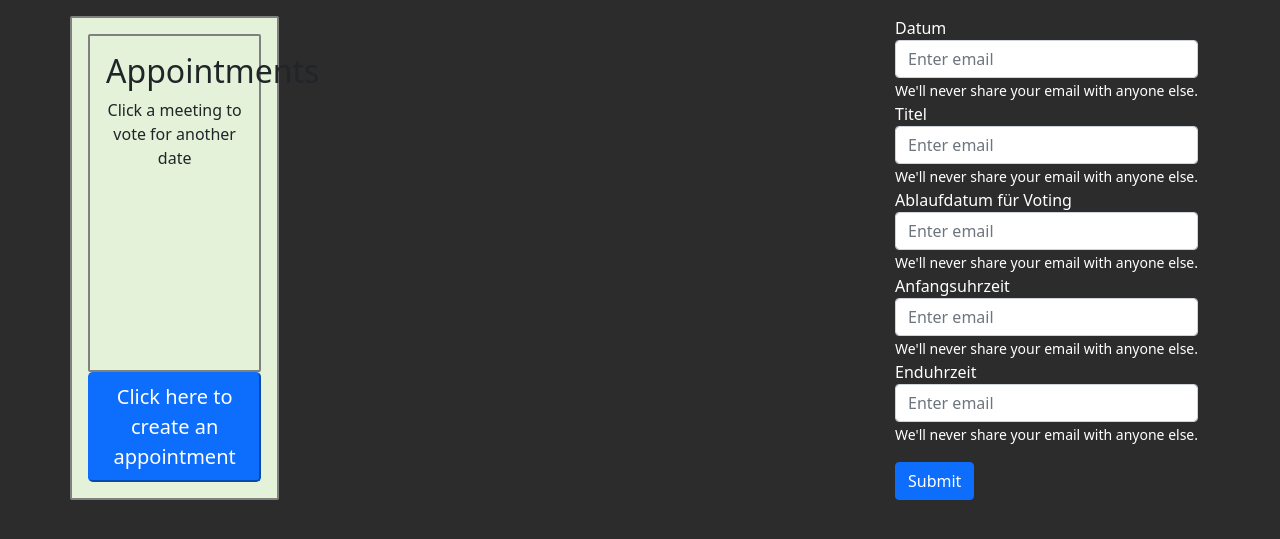
Repository: wlichon/Semesterprojekt
Page: index.html
The author's editor kept a copy of each file at every save. The page is drawn from the files as they stood at one save, then again after the next save.
The browser window is 1280 px wide. The pictures show the whole page.
The page's requests for data from a server got no answer. Some web libraries are served in a nearby version.

Above is the page before, as saved 2022-04-22 20:46:24.

### index.html
<!DOCTYPE html>
<html lang="en">
<head>
    <link href="https://cdn.jsdelivr.net/npm/bootstrap@5.1.3/dist/css/bootstrap.min.css" rel="stylesheet" integrity="sha384-1BmE4kWBq78iYhFldvKuhfTAU6auU8tT94WrHftjDbrCEXSU1oBoqyl2QvZ6jIW3" crossorigin="anonymous">
    <link rel="stylesheet" href="https://cdn.jsdelivr.net/npm/bootstrap-icons@1.8.1/font/bootstrap-icons.css">
    <script
    src="https://code.jquery.com/jquery-3.6.0.min.js"
    integrity="sha256-/xUj+3OJU5yExlq6GSYGSHk7tPXikynS7ogEvDej/m4="
    crossorigin="anonymous"></script>
    <script src="https://cdnjs.cloudflare.com/ajax/libs/jqueryui/1.12.1/jquery-ui.min.js" integrity="sha512-uto9mlQzrs59VwILcLiRYeLKPPbS/bT71da/OEBYEwcdNUk8jYIy+D176RYoop1Da+f9mvkYrmj5MCLZWEtQuA==" crossorigin="anonymous" referrerpolicy="no-referrer"></script>
    <meta charset="UTF-8">
    <meta http-equiv="X-UA-Compatible" content="IE=edge">
    <meta name="viewport" content="width=device-width, initial-scale=1.0">
    <link rel="stylesheet" href="frontend/css/mystyle.css">
    <script src="frontend/script/script.js" defer></script>
    <title>Appointment Finder</title>
</head>
<body class="d-flex justify-content-center">
    <div class="container m-3 d-flex justify-content-center">
        <div class="events row flex-grow-1" id="events">
            <div class="col-md-3 d-flex justify-content-between" style="flex-direction: column">

                <div class="col">
                    <h2 class="align-self-center">Appointments</h2>
                    <p class="">Click a meeting to vote for another date</p>
                </div>
                <button class = "btn-primary btn-lg" id = "createappointment"> Click here to create an appointment</button>


                </div>
             </div>

            <div class="appointments row flex-grow-1" id="appointments">
                <div class="col-md d-flex justify-content-between" style="flex-direction: column">
                    <div class="row h-80">
                        <div class="col">
                           <h2 class="align-self-center">Options</h2>
                        </div>
                    </div>
                    <div class="row inputs h-20 align-self-bottom">
                        <div class="col-md">
                            <i class="bi bi-person-circle m-1"></i><input type="text" placeholder="Name">
                        </div>
                    </div>

                </div>




                <!--
                    <div id = "appointment"
                <div class="col-md">
                    <div class="row h-80">
                        <div class="col wrapper">
                            <h4>Dez</h4>
                            <h3>23</h3>
                            <p>Mi</p>
                            <p>11:40</p>
                            <p>13:00</p>
                        </div>
                    </div>
                    <div class="row inputs h-20">
                        <div class="col-md"><input class="form-check-input" type="checkbox" value=""></div>
                    </div>


                </div>
                <div class="btn btn-primary col-auto p-1" id="lslide">
                    <i class="bi bi-chevron-left"></i>
                </div>

                <div class="row mt-5 comment">
                    <div class="input-group input-group-lg">
                        <span class="input-group-text" id="inputGroup-sizing-lg">Comment</span>
                        <input type="text" class="form-control" aria-label="Sizing example input" aria-describedby="inputGroup-sizing-lg">
                        <button class="btn btn-outline-secondary bg-primary text-white" type="button" id="submit">Submit</button>
                    </div>
                </div>
            -->
        </div>
        <form id = "createappointmentform">
            <!-- Appointment ($date,$title,$votingExpirationDate,$begin,$end,$optionIDs)3222 -->
            <div class="form-group">
              <label for="exampleInputEmail1" class ="text-white">Datum</label>
              <input type="email" class="form-control" id="exampleInputEmail1" aria-describedby="emailHelp" placeholder="Enter email">
              <small id="emailHelp" class="form-text text-white">We'll never share your email with anyone else.</small>
            </div>
            <div class="form-group">
                <label for="exampleInputEmail1" class ="text-white">Titel</label>
                <input type="email" class="form-control" id="exampleInputEmail1" aria-describedby="emailHelp" placeholder="Enter email">
                <small id="emailHelp" class="form-text text-white">We'll never share your email with anyone else.</small>
            </div>
              <div class="form-group">
                <label for="exampleInputEmail1" class ="text-white">Ablaufdatum für Voting</label>
                <input type="email" class="form-control" id="exampleInputEmail1" aria-describedby="emailHelp" placeholder="Enter email">
                <small id="emailHelp" class="form-text text-white">We'll never share your email with anyone else.</small>
            </div>
              <div class="form-group">
                <label for="exampleInputEmail1" class ="text-white">Anfangsuhrzeit</label>
                <input type="email" class="form-control" id="exampleInputEmail1" aria-describedby="emailHelp" placeholder="Enter email">
                <small id="emailHelp" class="form-text text-white">We'll never share your email with anyone else.</small>
            </div>
              <div class="form-group">
                <label for="exampleInputEmail1" class ="text-white">Enduhrzeit</label>
                <input type="email" class="form-control" id="exampleInputEmail1" aria-describedby="emailHelp" placeholder="Enter email">
                <small id="emailHelp" class="form-text text-white">We'll never share your email with anyone else.</small>
            </div>
            <button type="submit" class="btn btn-primary mt-3">Submit</button>
          </form>

            </div>


    <script src="https://cdn.jsdelivr.net/npm/bootstrap@5.1.3/dist/js/bootstrap.bundle.min.js" integrity="sha384-ka7Sk0Gln4gmtz2MlQnikT1wXgYsOg+OMhuP+IlRH9sENBO0LRn5q+8nbTov4+1p" crossorigin="anonymous"></script>
</body>
</html>

### frontend/css/mystyle.css
[class*="col"]{
    text-align:center;
    border: 2px solid grey;
    padding: 1rem;
    border-radius: 2px;
    background-color:rgb(228, 242, 217);
}

.bi-person-circle{
    font-size: 1.5rem;
}

.inputs > div{
    background-color: rgb(89, 209, 61);
}

body{
    background-color:rgb(45, 44, 44);
}

.wrapper{
    border-radius: 5px;
    border: none;
    background-color: lightcyan;
}

.container{
    border-radius: 5px;
}

#lslide{
    background-color:blue;
    border-radius:10px;
}

.event{
    cursor: pointer;
}

.event:hover{
    background-color:blue;
}

.noevent:hover{
    pointer-events: none;
}

### frontend/script/script.js
"use strict";
var months = ["Jan", "Feb", "Mar", "Apr", "May", "Jun", "Jul", "Aug", "Sep", "Oct", "Nov", "Dec"];
var days = ["Mon", "Tue", "Wed", "Thu", "Fri", "Sat", "Sun"];
var slidebutton = "<div class='btn btn-primary col-auto p-1' id='lslide'><i class='bi bi-chevron-left'></i></div>";
var commentbar = "<div class='row mt-5 comment'><div class='input-group input-group-lg'><span class='input-group-text' id='inputGroup-sizing-lg'>Comment</span><input type='text' class='form-control' aria-label='Sizing example input' aria-describedby='inputGroup-sizing-lg'><button class='btn btn-outline-secondary bg-primary text-white' type='button' id='submit'>Submit</button></div></div>";
$(function () {
    $("#appointments").hide();
    $("#events").hide();
    $.ajax({
        type: "GET",
        url: "backend/serviceHandler.php",
        cache: false,
        data: { function: "loadAppointments" },
        dataType: "json",
        success: function (response) {
            // bei sucess liefert loadAppointments ein Array mit den ganzen Appointments in dem Format:
            //  Appointment("25-06-2027", "Meeting4", "22-05-2025 19:30:00", "18:00", "18:30", [2, 3]) also:
            // Appointment("Tag-Monat-Jahr", "MeetingNummer", "ExpirationDate", "UhrzeitBeginn", "Uhrzeitende", "OptionsID");
            // Appointment ($date,$title,$votingExpirationDate,$begin,$end,$optionIDs)3222
            console.log("success");
            $.each(response, function (i, val) {
                var counter = 1;
                var date = new Date(val["date"]["date"]);
                var month = months[date.getMonth()];
                var day = days[date.getDay()];
                var dayOfMonth = date.getDate();
                var year = date.getFullYear();
                var expiration = val["votingExpirationDate"]["date"].substr(0, 19);
                var begin = val["begin"]["date"].substr(11).substr(0, 8);
                var end = val["end"]["date"].substr(11).substr(0, 8);
                var id = val["optionIDs"];
                $("#events").append("<div class='col-md-2 event' id =" + counter + " + data=" + id + ">" +
                    "<div class='col wrapper'>" +
                    "<h2>" + val["title"] + "</h2>" +
                    "<h4>" + month + "</h4>" +
                    "<h3>" + dayOfMonth + "</h3>" +
                    "<p>" + day + "</p>" +
                    "<p>Begins: " + begin + "</p>" +
                    "<p>Ends: " + end + "</p>" +
                    "<h6><p>Voting ends:</p>" +
                    "<p>" + expiration + "</p></h6>" +
                    "</div> </div>");
                var isexpired = new Date(expiration);
                var today = new Date();
                if (isexpired <= today) {
                    $("#" + counter).append("<h5 class = 'mt-3' > abgelaufen! </h5>");
                    $("#" + counter).attr("class", "col-md-2 noevent");
                }
                counter++;
            });
        },
        complete: function () {
            $(".event").on('click', function (e) {
                var self = e.currentTarget; // Element was das Klick getriggert hat
                $("#events").hide("slide", { direction: "left" }, 1000, function () {
                    console.log(self);
                    var optionIDs_string = self.getAttribute("data");
                    var optionIDs = Array.from(optionIDs_string.split(","));
                    console.log(optionIDs);
                    $.ajax({
                        type: "GET",
                        url: "backend/serviceHandler.php",
                        cache: false,
                        data: { function: "loadOptions", param: optionIDs },
                        dataType: "json",
                        success: function (response) {
                            console.log("success");
                            console.log(response);
                            $.each(response, function (i, val) {
                                var date = new Date(val["date"]["date"]);
                                console.log("loop");
                                var month = months[date.getMonth()];
                                var day = days[date.getDay()];
                                var dayOfMonth = date.getDate();
                                var year = date.getFullYear();
                                var begin = val["begin"]["date"].substr(11).substr(0, 8);
                                var end = val["end"]["date"].substr(11).substr(0, 8);
                                $("#appointments").append("<div class='col-md'>" +
                                    "<div class='col-md event'>" +
                                    "<div class='col wrapper'>" +
                                    "<h4>" + month + "</h4>" +
                                    "<h3>" + dayOfMonth + "</h3>" +
                                    "<p>" + day + "</p>" +
                                    "<p>Begins: " + begin + "</p>" +
                                    "<p>Ends: " + end + "</p>" +
                                    "</div></div>" +
                                    "<div class='row inputs h-20'>" +
                                    "<div class='col-md'><input class='form-check-input' type='checkbox' value=''></div></div></div>");
                            });
                            $("#appointments").append(slidebutton + commentbar);
                            $("#lslide").on('click', slidebar);
                        },
                        error: function (response) {
                            console.log("failure");
                        }
                    }),
                        setTimeout(function () { return $("#appointments").show("slide", 1000); }, 100);
                });
            });
            $("#events").show("slide", 1000);
        },
        error: function (e) {
            console.log("failure");
        }
    });
    console.log("hi");
    $("#submit").on('click', function () {
        console.log($("#test").prop("checked"));
    });
});
var optionNameInput = '<div class="col-md d-flex justify-content-between" style="flex-direction: column">' +
    '<div class="row h-80">' +
    '<div class="col">' +
    '<h2 class="align-self-center">Options</h2>' +
    '</div>' +
    '</div>' +
    '<div class="row inputs h-20 align-self-bottom">' +
    '<div class="col-md">' +
    '<i class="bi bi-person-circle m-1"></i><input type="text" placeholder="Name">' +
    '</div>' +
    '</div>' +
    '</div>';
function slidebar() {
    $("#appointments").hide("slide", { direction: "left" }, 1000, function () {
        $("#appointments").empty().append(optionNameInput);
        $("#events").show("slide", 1000);
    });
}

After the next save:
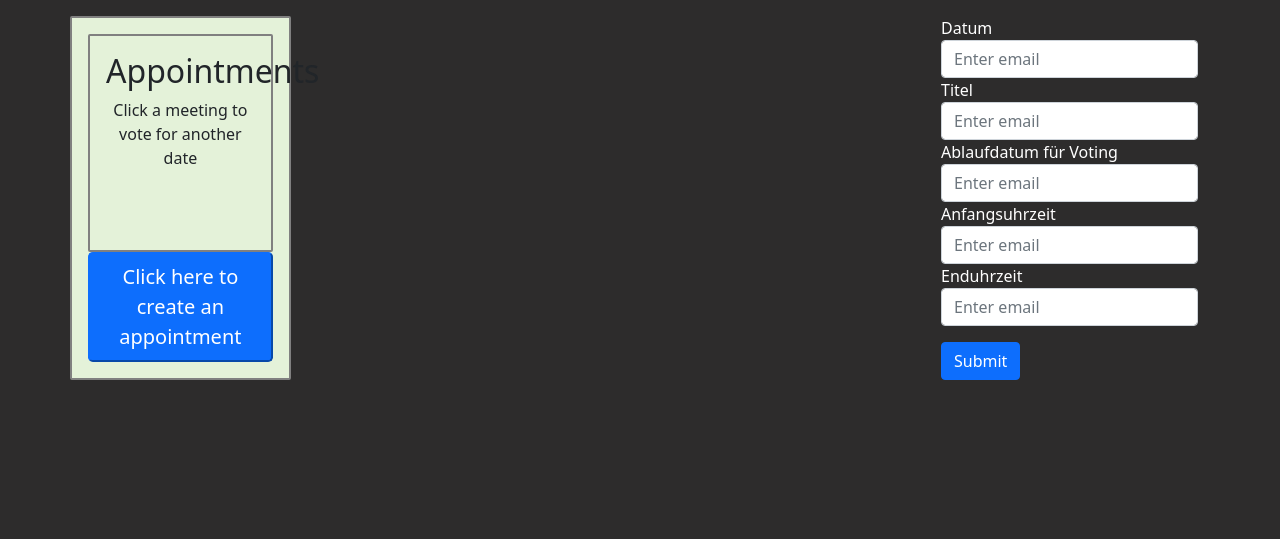
Saved 44 s later.
--- a/index.html
+++ b/index.html
@@ -84,27 +84,22 @@
             <div class="form-group">
               <label for="exampleInputEmail1" class ="text-white">Datum</label>
               <input type="email" class="form-control" id="exampleInputEmail1" aria-describedby="emailHelp" placeholder="Enter email">
-              <small id="emailHelp" class="form-text text-white">We'll never share your email with anyone else.</small>
             </div>
             <div class="form-group">
                 <label for="exampleInputEmail1" class ="text-white">Titel</label>
                 <input type="email" class="form-control" id="exampleInputEmail1" aria-describedby="emailHelp" placeholder="Enter email">
-                <small id="emailHelp" class="form-text text-white">We'll never share your email with anyone else.</small>
             </div>
               <div class="form-group">
                 <label for="exampleInputEmail1" class ="text-white">Ablaufdatum für Voting</label>
                 <input type="email" class="form-control" id="exampleInputEmail1" aria-describedby="emailHelp" placeholder="Enter email">
-                <small id="emailHelp" class="form-text text-white">We'll never share your email with anyone else.</small>
             </div>
               <div class="form-group">
                 <label for="exampleInputEmail1" class ="text-white">Anfangsuhrzeit</label>
                 <input type="email" class="form-control" id="exampleInputEmail1" aria-describedby="emailHelp" placeholder="Enter email">
-                <small id="emailHelp" class="form-text text-white">We'll never share your email with anyone else.</small>
             </div>
               <div class="form-group">
                 <label for="exampleInputEmail1" class ="text-white">Enduhrzeit</label>
                 <input type="email" class="form-control" id="exampleInputEmail1" aria-describedby="emailHelp" placeholder="Enter email">
-                <small id="emailHelp" class="form-text text-white">We'll never share your email with anyone else.</small>
             </div>
             <button type="submit" class="btn btn-primary mt-3">Submit</button>
           </form>
